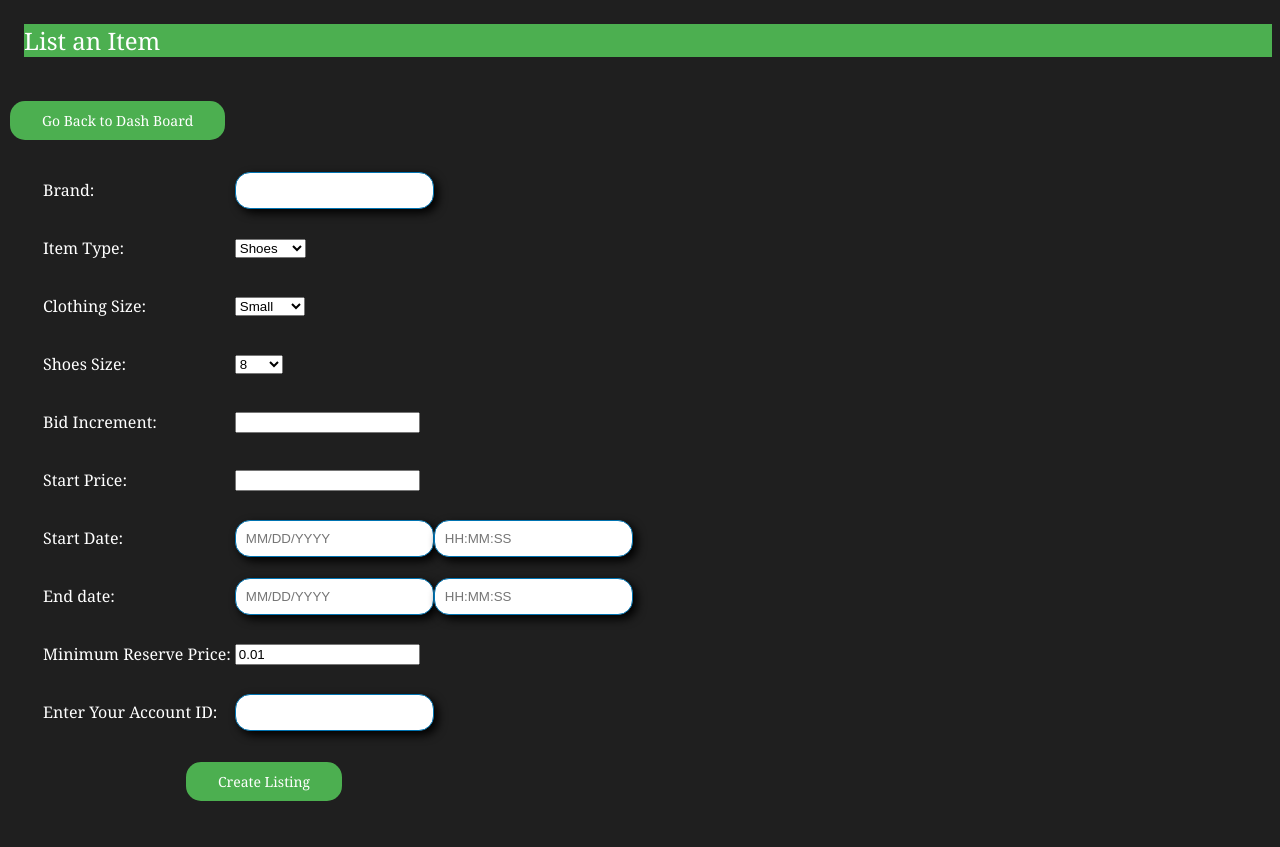
Repository: JephteyAdolphe/auction-system
Page: http://localhost/project/createListing.jsp
An editor plug-in stored every save of this project. The page is shown before and after the next save, followed by the edit.
The browser window is 1280 px wide. The pictures show the whole page.
The page is served by Tomcat 10. Other server files are loaded and not shown.

Above is the page before, as saved 2021-04-16 00:38:59.

### project/WebContent/createListing.jsp
<%@ page language="java" contentType="text/html; charset=ISO-8859-1"
    pageEncoding="ISO-8859-1" import="com.cs336.pkg.*"%>
<%@ page import="java.io.*,java.util.*,java.sql.*"%>
<%@ page import="javax.servlet.http.*,javax.servlet.*" %>


<!DOCTYPE html PUBLIC "-//W3C//DTD HTML 4.01 Transitional//EN" "http://www.w3.org/TR/html4/loose.dtd">
<html>
	<head>
		<meta http-equiv="Content-Type" content="text/html; charset=ISO-8859-1">
		<title>BuyMe</title>
		<link rel="stylesheet" href="mystyle.css" type= "text/css">
	</head>

	<body style="background-color:#1F1F1F;">

	<div class="Login">
	<p style="font-family:georgia,garamond,serif;font-size:24px;font-style:bold;color:white;">
         List an Item
      </p>
	</div>

		<form method="get" action="dashboard.jsp"><input type="submit" value="Go Back to Dash Board"></form>

		<form method="post" id="listing_form" action="auctionServlet">
		<div class="inputs">
		<input type="hidden" name="listing_form" value="123">
			<table>
				<tr>
					<td> <p style="font-family:georgia,garamond,serif;font-size:16px;color:white;">
         			Brand:</p> </td> <td><input type="text" name="brand"></td>
				</tr>
				<tr>
					<td><p style="font-family:georgia,garamond,serif;font-size:16px;color:white;">
         			Item Type:</p></td><td>

						<select name="item_type" id="item_type" form="itemform">
						  <option value="shoes">Shoes</option>
						  <option value="bottoms">Bottoms</option>
						  <option value="tops">Tops</option>
						</select>
					</td>

				</tr>
				<tr>
					<td><p style="font-family:georgia,garamond,serif;font-size:16px;color:white;">
         			Clothing Size:</p></td><td>

						<select name="clothin_size" id="size" form="sizeform">
						  <option value="small">Small</option>
						  <option value="medium">Medium</option>
						  <option value="large">Large</option>
						</select>
					</td>

				</tr>
				<tr>
					<td><p style="font-family:georgia,garamond,serif;font-size:16px;color:white;">
         			Shoes Size:</p></td><td>

						<select name="shoe_size" id="size" form="sizeform">
						  <option value="8">8</option>
						  <option value="8.5">8.5</option>
						  <option value="9">9</option>
						  <option value="9.5">9.5</option>
						  <option value="10">10</option>
						  <option value="10.5">10.5</option>
						  <option value="11">11</option>
						</select>
					</td>

				</tr>
				<tr>
					<td><p style="font-family:georgia,garamond,serif;font-size:16px;color:white;">
         			Bid Increment:</p></td><td><input type="number" name="bid_increment"></td>
				</tr>
				<tr>
					<td> <p style="font-family:georgia,garamond,serif;font-size:16px;color:white;">
         			Start Price:</p> </td> <td><input type="number" min="0.00" step="0.01" name="start_price"></td>
				</tr>
				<tr>
					<td><p style="font-family:georgia,garamond,serif;font-size:16px;color:white;">
         			Start Date:</p></td><td><input type="text" name="start_date" placeholder="MM/DD/YYYY"><input type="text" name="start_time" placeholder="HH:MM:SS"></td>
				</tr>
				<tr>
					<td> <p style="font-family:georgia,garamond,serif;font-size:16px;color:white;">
         			End date:</p> </td> <td><input type="text" name="end_date" placeholder="MM/DD/YYYY"><input type="text" name="end_time" placeholder="HH:MM:SS"></td>
				</tr>
				<tr>
					<td><p style="font-family:georgia,garamond,serif;font-size:16px;color:white;">
         			Minimum Reserve Price:</p></td><td><input type="number" min="0.00" step="0.01" value="0.01" name="min_price"></td>
				</tr>
				<tr>
					<td><p style="font-family:georgia,garamond,serif;font-size:16px;color:white;">
         			Enter Your Account ID:</p> </td> <td><input type="text" id="account" name="account"></td>
				</tr>
			</table>
			</div>
			<div class="submit">
			<input type="submit" value="Create Listing">
			</div>
		</form>
	<br>

</body>
</html>

### project/WebContent/mystyle.css
.inputs{
	 Margin-left: 2em;
}
.Login{
	Margin-left: 1em;
	background-color: #4CAF50;
}
.submit{
	Margin-left: 11em;
}
input[type=text] {
  width: auto;
   padding:10px;
  border-radius:15px;
  margin: 8px 0;
  display: inline-block;
  border: 1px solid #0073B1;
  box-sizing: border-box;
  box-shadow:4px 4px 10px
}

input[type=submit] {
  background-color: #4CAF50;
  border: none;
  color: white;
  padding: 10px 32px;
  font-family:georgia,garamond,serif;
  text-decoration: none;
    margin: 20px 2px;
    border-radius:15px;
  font-size:14px;
  cursor: pointer;
}

input[type=submit]:hover {
  background-color: #74E46C;
}

After the next save:
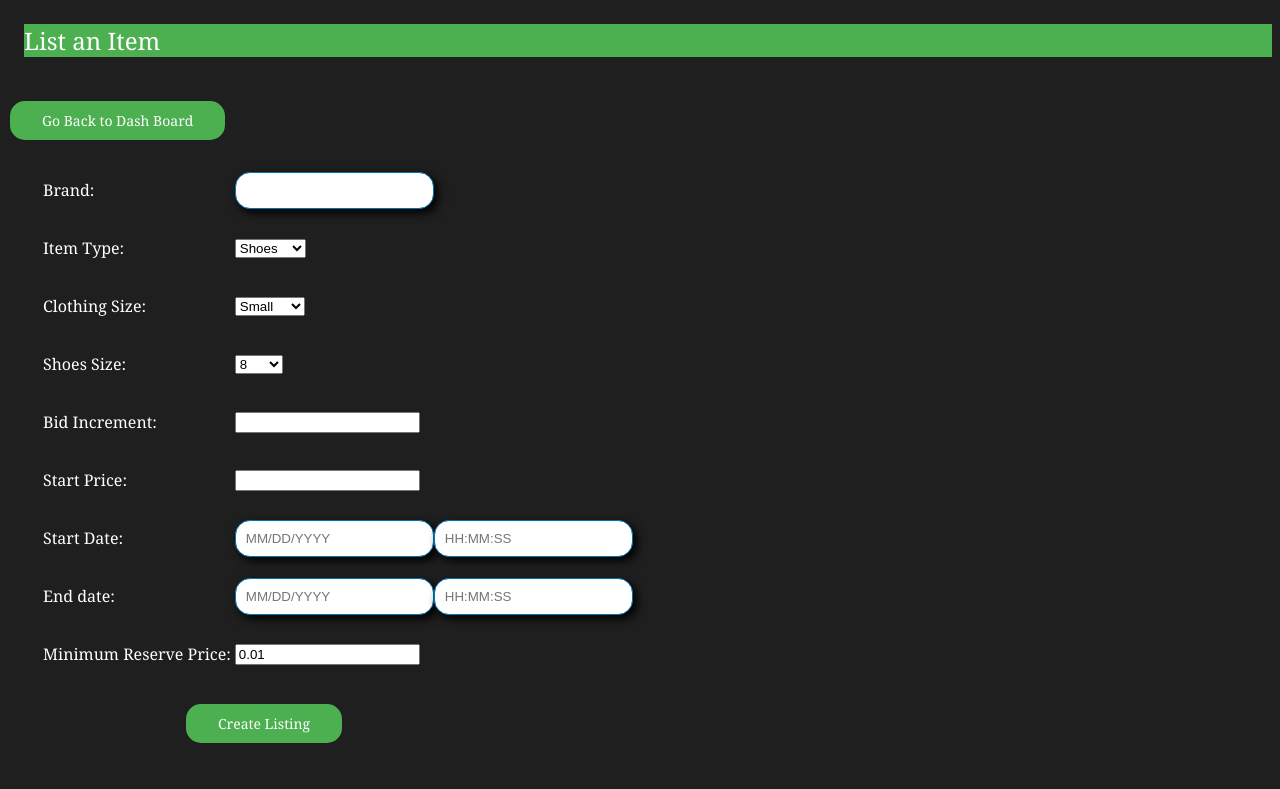
Saved 14 s later.
--- a/project/WebContent/createListing.jsp
+++ b/project/WebContent/createListing.jsp
@@ -90,10 +90,6 @@
 					<td><p style="font-family:georgia,garamond,serif;font-size:16px;color:white;">
          			Minimum Reserve Price:</p></td><td><input type="number" min="0.00" step="0.01" value="0.01" name="min_price"></td>
 				</tr>
-				<tr>
-					<td><p style="font-family:georgia,garamond,serif;font-size:16px;color:white;">
-         			Enter Your Account ID:</p> </td> <td><input type="text" id="account" name="account"></td>
-				</tr>
 			</table>
 			</div>
 			<div class="submit">
